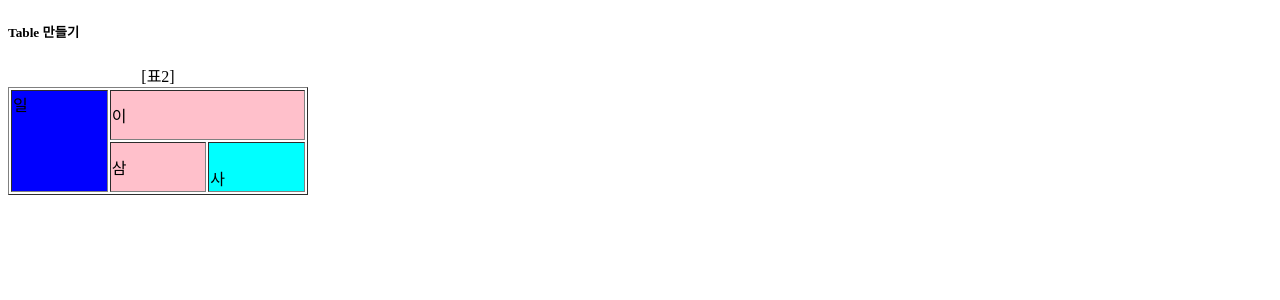
Repository: kimyoda/HomePratice
Page: Javawork/javascript/src/main/webapp/pratice/Ex1_test.html
These files come from the project's save history. The page is drawn as it stood at one moment and after the next save; the edit follows.
The browser window is 1280 px wide. The pictures show the whole page.
Some web fonts or font styles are not loaded; a fallback is used.

Above is the page before, as saved 2023-09-26 16:28:34.

### Javawork/javascript/src/main/webapp/pratice/Ex1_test.html
<!DOCTYPE html>
<html>
<head>
<meta charset="UTF-8">
<title>Insert title here</title>
<link href="https://fonts.googleapis.com/css2?family=Gamja+Flower&family=Jua&family=Lobster&family=Nanum+Pen+Script&family=Permanent+Marker&family=Single+Day&display=swap" rel="stylesheet">
    <style>
        body * {
            font-family: 'Jua';
        }
        table tr{
			height: 50px;
		}
    </style>
<script>
   window.onload = function(){

   }
</script>
</head>
<body>
	<h5>Table 만들기</h5>
   <table border="1" style="width: 300px;" heigh ="100">
   <caption>[표2]</caption>
   <tr>
	   <td rowspan="3" valign = "top" bgcolor="blue">일</td>
	   <td colspan="3"  bgcolor="pink">이</td>
   </tr>
   <tr>
	   <td colspan="2" bgcolor="pink">삼</td>
	   <td rowspan="3" bgcolor="cyan" valign ="bottom">사</td>

   </tr>
   </table>
</html>

After the next save:
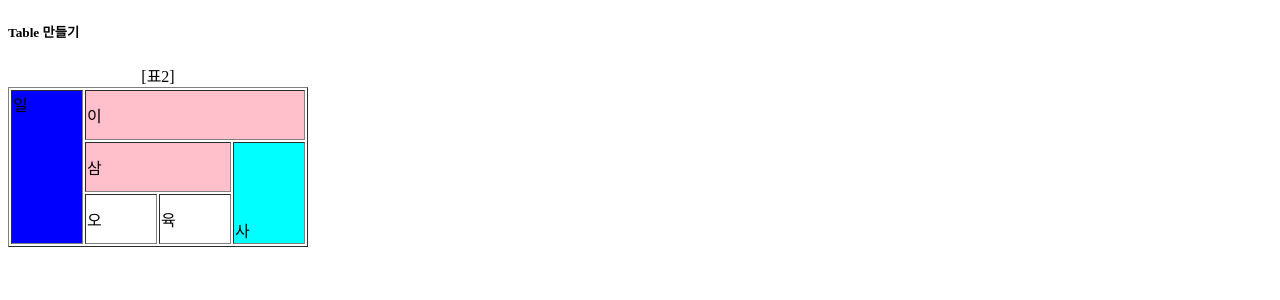
Saved 46 s later.
--- a/Javawork/javascript/src/main/webapp/pratice/Ex1_test.html
+++ b/Javawork/javascript/src/main/webapp/pratice/Ex1_test.html
@@ -29,7 +29,9 @@
    <tr>
 	   <td colspan="2" bgcolor="pink">삼</td>
 	   <td rowspan="3" bgcolor="cyan" valign ="bottom">사</td>
-
+   </tr>
+   <tr>
+	   <td>오</td><td>육</td>
    </tr>
    </table>
 </html>
